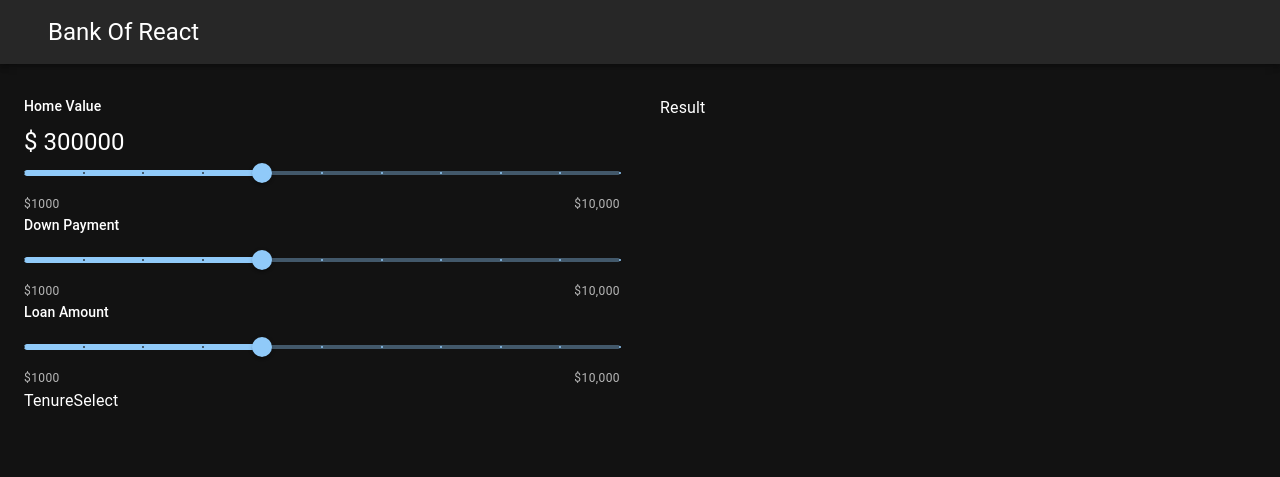
Repository: MikeeBuilds/mortgage-calculator
Page: /
An editor plug-in stored every save of this project. The page is shown before and after a run of saves, followed by the edit.
The browser window is 1280 px wide. The pictures show the whole page.
The project was rebuilt for these pictures with package versions that can differ from the ones it lists, and the page was loaded fresh each time.

Above is the page before, as saved 2023-04-03 21:42:01.

### src/index.js
import React from 'react';
import ReactDOM from 'react-dom/client';
import  CssBaseline  from '@mui/material/CssBaseline';
import { ThemeProvider, createTheme } from '@mui/material/styles';
import App from './App';
import reportWebVitals from './reportWebVitals';
import { theme } from './theme';

const root = ReactDOM.createRoot(document.getElementById('root'));
root.render(
  <React.StrictMode>
    <ThemeProvider theme={theme}>
      <CssBaseline />
    <App />
    </ThemeProvider>
  </React.StrictMode>
);

// If you want to start measuring performance in your app, pass a function
// to log results (for example: reportWebVitals(console.log))
// or send to an analytics endpoint. Learn more: https://bit.ly/CRA-vitals
reportWebVitals();

### src/App.js
import { Container, Grid } from "@mui/material";
import Navbar from "./components/Navbar";
import Result from "./components/Result";
import SliderSelect from "./components/SliderSelect";
import TenureSelect from "./components/TenureSelect";


function App() {
  return (
    <div className="App">
      <Navbar />
      <Container maxWidth="xl" sx={{ marginTop: 4 }}>
        <Grid container spacing={5}>

          <Grid item xs={12} md={6}>
            <SliderSelect />
            <TenureSelect />
          </Grid>
          <Grid item xs={12} md={6}>
            <Result />

          </Grid>

        </Grid>
      </Container>
    </div>
  );
}

export default App;

### src/theme.js
import {  createTheme } from "@mui/material/styles";

export const theme = createTheme({
    palette: {
        mode: "dark",
    },
    typography: {
        h1: {

        },
    },
});

### src/components/Navbar.js
import React from 'react'
import AppBar from '@mui/material/AppBar'
import ToolBar from '@mui/material/Toolbar'
import Typography from '@mui/material/Typography'
import Container from '@mui/material/Container'

const Navbar = () => {
  return (
    <AppBar position="static">
      <Container maxWidth='xl'>
        <ToolBar>
            <Typography variant="h5" component="div" sx={{ flexGrow: 1 }}>
                Bank Of React
            </Typography>
        </ToolBar>
      </Container>
    </AppBar>
  )
}

export default Navbar

### src/components/SliderSelect.js
import React, { Fragment } from 'react'
import SliderComponent from './common/SliderComponent'

const SliderSelect = () => {
  return (
    <>
        <SliderComponent
            label='Home Value'
            min={0}
            max={50}
            defaultValue={20}
            step={5 }
            onChange={(e, value) => console.log(value)}
            unit='$'
            amount={300000}
        />
          <SliderComponent
            label='Down Payment'
            min={0}
            max={50}
            defaultValue={20}
            step={5 }
            onChange={(e, value) => console.log(value)}
        />
          <SliderComponent
            label='Loan Amount'
            min={0}
            max={50}
            defaultValue={20}
            step={5 }
            onChange={(e, value) => console.log(value)}
        />

    </>


  )
}

export default SliderSelect

### src/components/TenureSelect.js
import React from 'react'

const TenureSelect = () => {
  return (
    <div>TenureSelect</div>
  )
}

export default TenureSelect

### src/components/common/SliderComponent.js
import React from 'react'
import Slider from '@mui/material/Slider'
import { Stack, Typography } from '@mui/material'

const SliderComponent = ({ defaultValue, min, max, step, onChange, value, label, unit, amount }) => {
  return (
  <>
    <Stack gap={1}>
      <Typography variant='subtitle2'>{label}</Typography>
      <Typography variant='h5'>{unit} {amount}</Typography>
    </Stack>

    <Slider
      defaultValue={defaultValue}
      min={min} max={max}
      aria-label='Default'
      valueLabelDisplay='auto'
      marks
      step={step}
      onChange={onChange}
      value={value}
      />
      <Stack direction='row' justifyContent='space-between'>
    <Typography variant='caption' color='text.secondary'>$1000</Typography>
    <Typography variant='caption' color='text.secondary'>$10,000</Typography>
      </Stack>

  </>
  )
}

export default SliderComponent

Loaded but not shown: public/index.html (common file); src/reportWebVitals.js (common file); src/components/Result.js (common file)

After the next 4 saves:
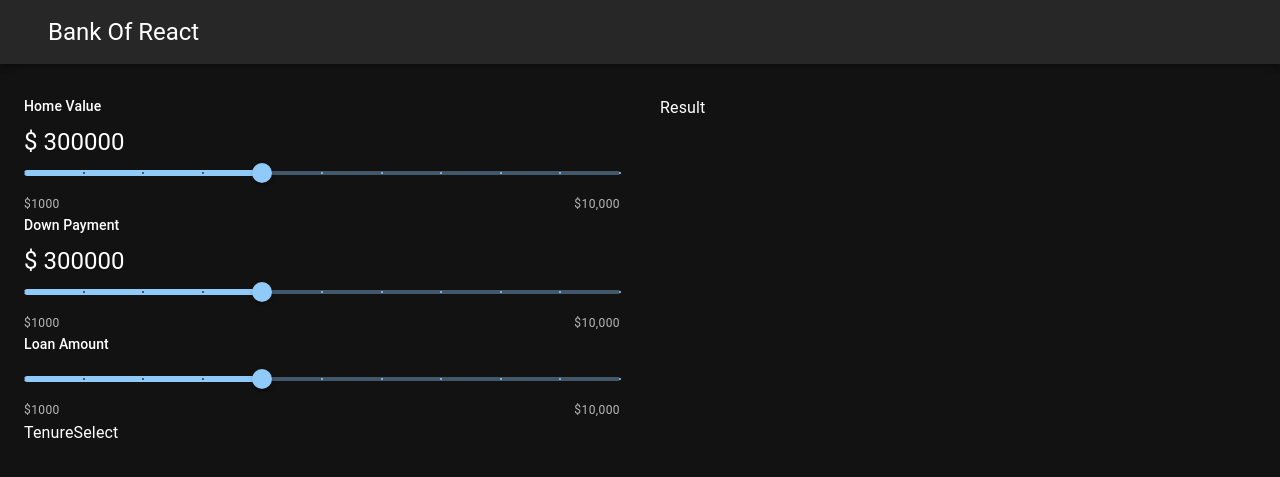
The 4 saves are shown as one change because they came seconds apart.
The last was saved 17 s later.
--- a/src/components/SliderSelect.js
+++ b/src/components/SliderSelect.js
@@ -21,6 +21,8 @@ const SliderSelect = () => {
             defaultValue={20}
             step={5 }
             onChange={(e, value) => console.log(value)}
+            unit={'$'}
+            amount={300000}
         />
           <SliderComponent
             label='Loan Amount'
